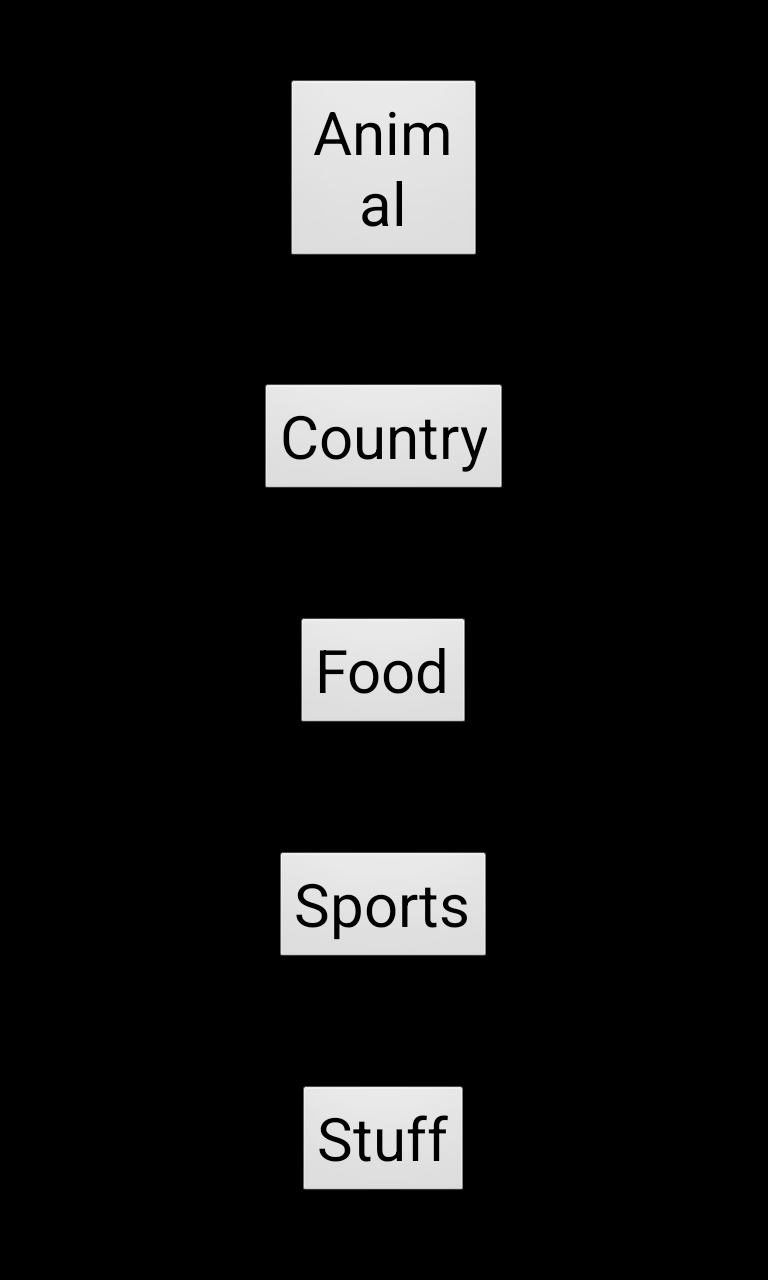
Repository: aster9725/HK-CityU-SummerExchange
Layout: Copy of WordQuiz/res/layout/activity_category.xml
An editor plug-in stored every save of this project. The layout is shown before and after the next save, followed by the edit.
It is drawn on a 768 x 1280 px phone screen (xhdpi) without system bars, with theme android:Theme; the app's code is not run.

Above is the layout before, as saved 2014-07-24 10:04:55.

After the next save:
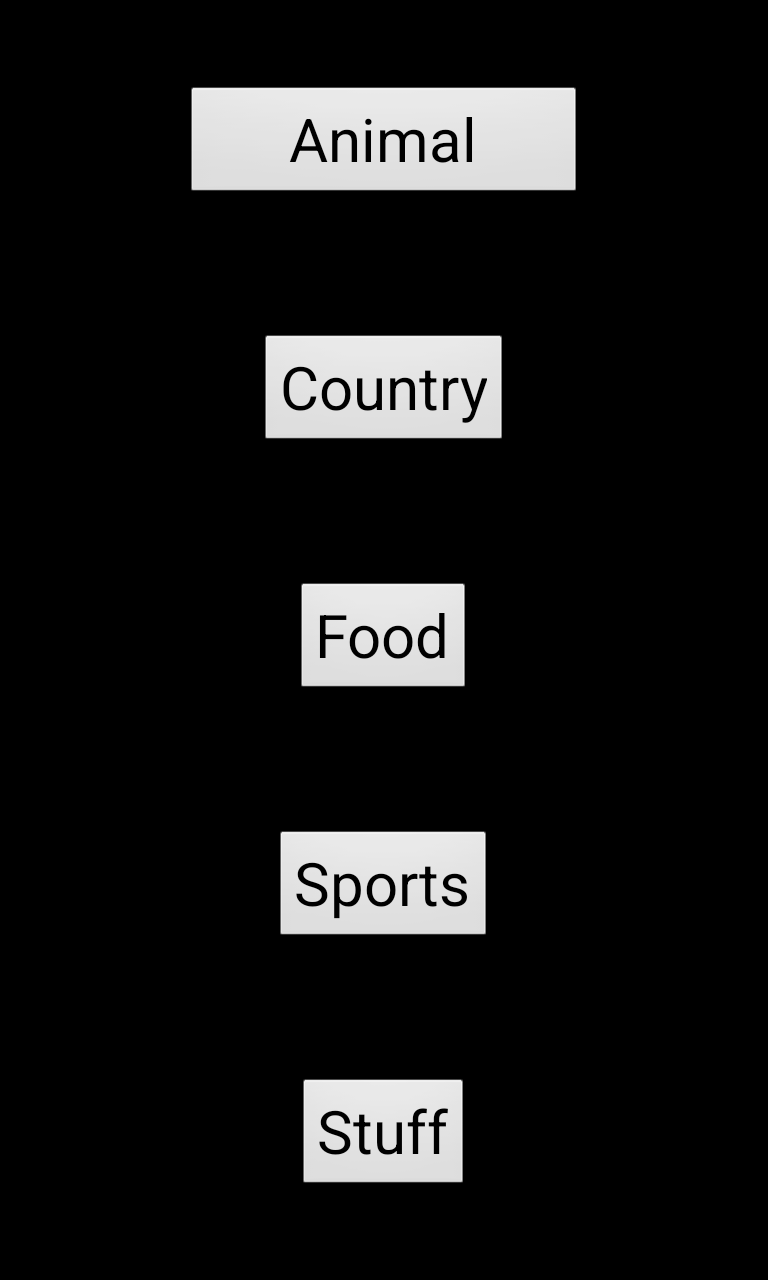
Saved 5 s later.
--- a/Copy of WordQuiz/res/layout/activity_category.xml
+++ b/Copy of WordQuiz/res/layout/activity_category.xml
@@ -15,7 +15,7 @@
 
         <Button
             android:id="@+id/category_animal"
-            android:layout_width="100sp"
+            android:layout_width="200sp"
             android:layout_height="wrap_content"
             android:text="Animal"
             android:textSize="30sp" />
